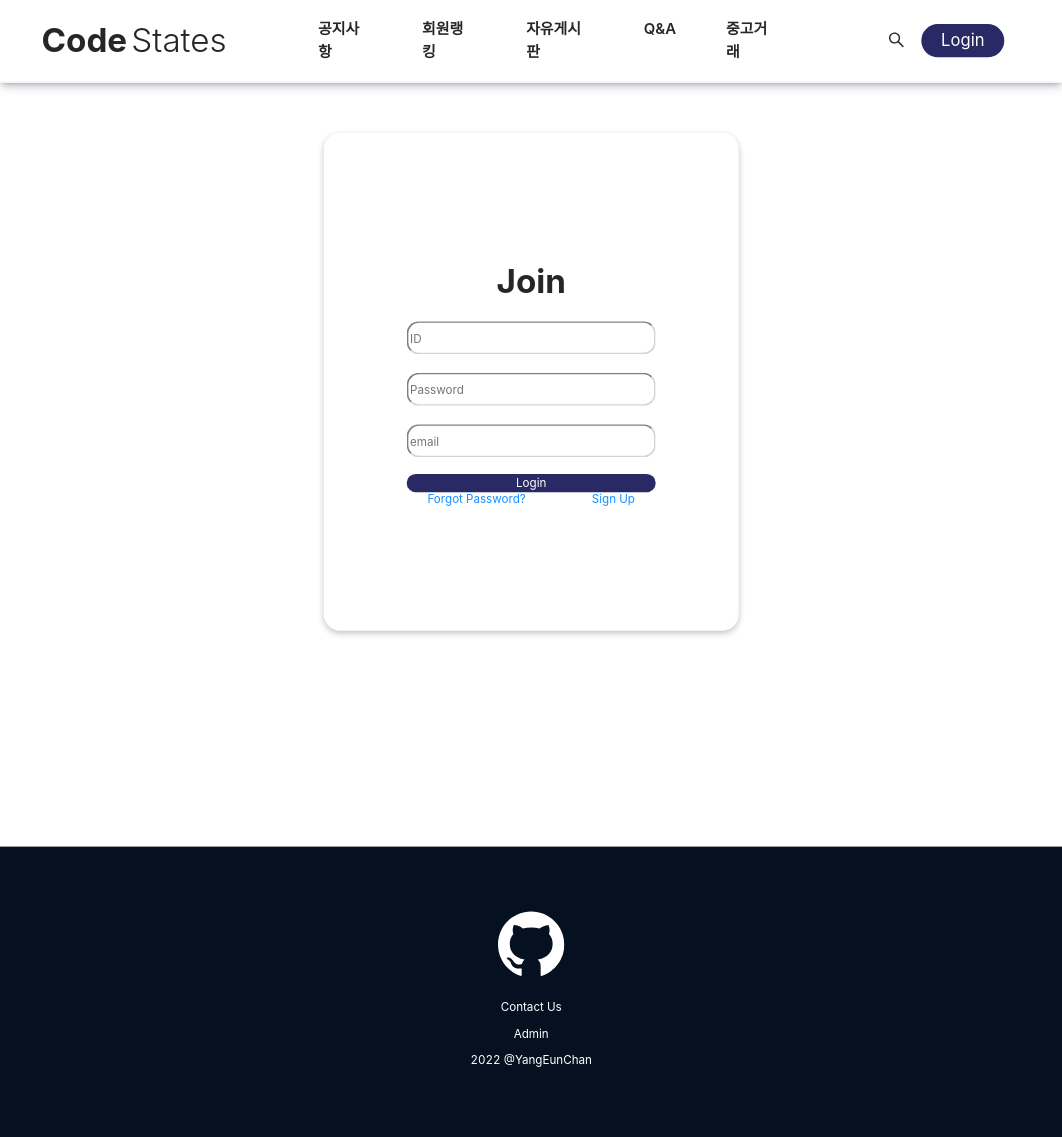
Repository: yangddoddi/devillage-front
Page: /join
The author's editor kept a copy of each file at every save. The page is drawn from the files as they stood at one save, then again after the next save.
The browser window is 1280 px wide. The pictures show the whole page, at 83% of full size.
The project was rebuilt for these pictures with package versions that can differ from the ones it lists, and the page was loaded fresh each time. Also part of the build but not shown: src/components/searchBox/SearchBox.module.scss, src/components/searchBox/SearchBox.js, src/components/posts/PostItem.module.scss, src/components/posts/PostItem.js, src/page/main/Main.module.scss, src/page/main/Main.js, src/page/login/Login.module.scss, src/page/login/Login.js.

Above is the page before, as saved 2022-09-17 02:22:44.

After the next save:
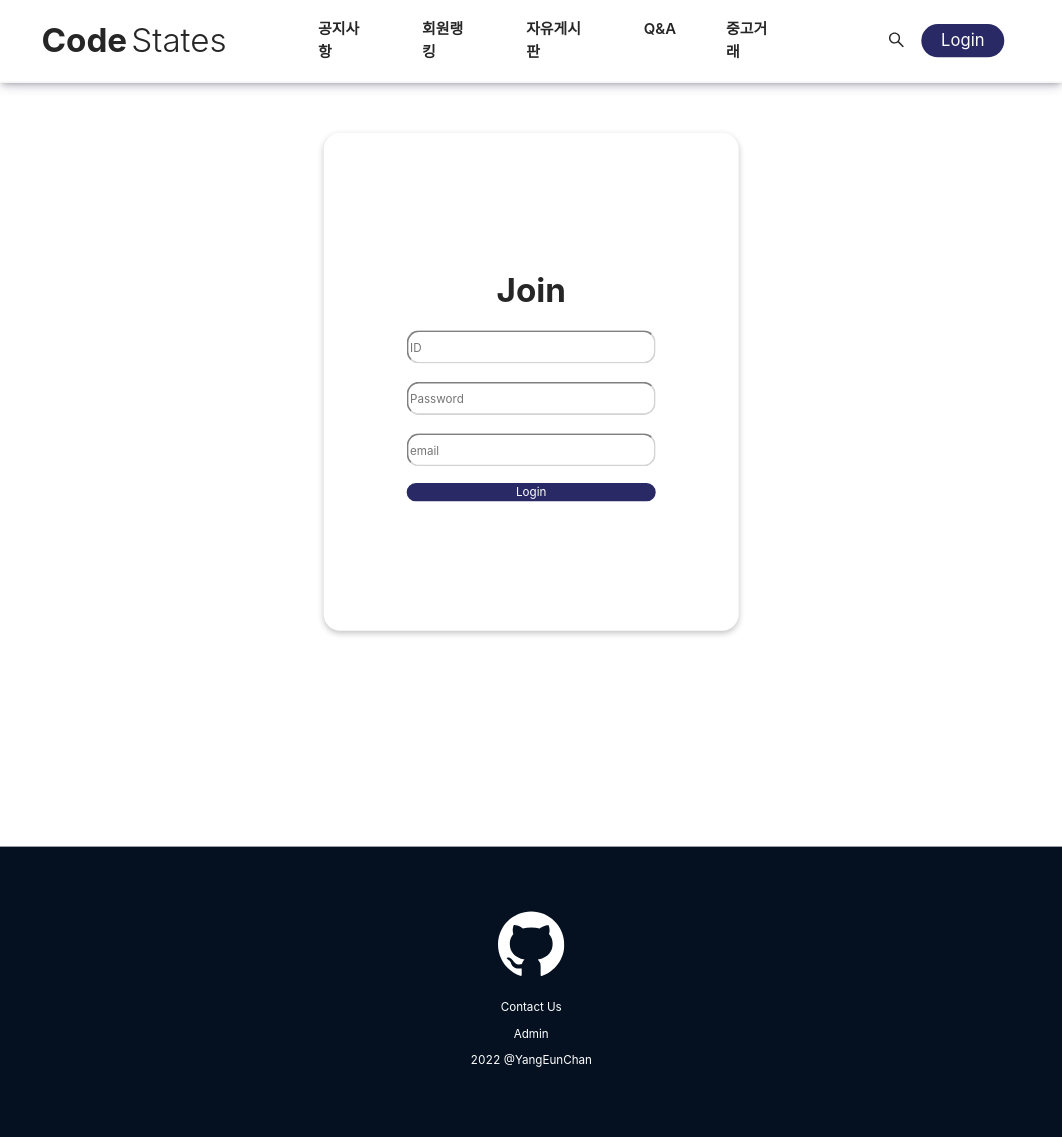
Saved 65 s later.
--- a/src/page/join/Join.js
+++ b/src/page/join/Join.js
@@ -24,10 +24,6 @@ export const Join = () => {
             </form>
             <div className={styles.loginBtn}>Login</div>
           </div>
-          <div className={styles.loginLink}>
-            <a href="#">Forgot Password?</a>
-            <a href="#">Sign Up</a>
-          </div>
         </div>
       </div>
     </div>
